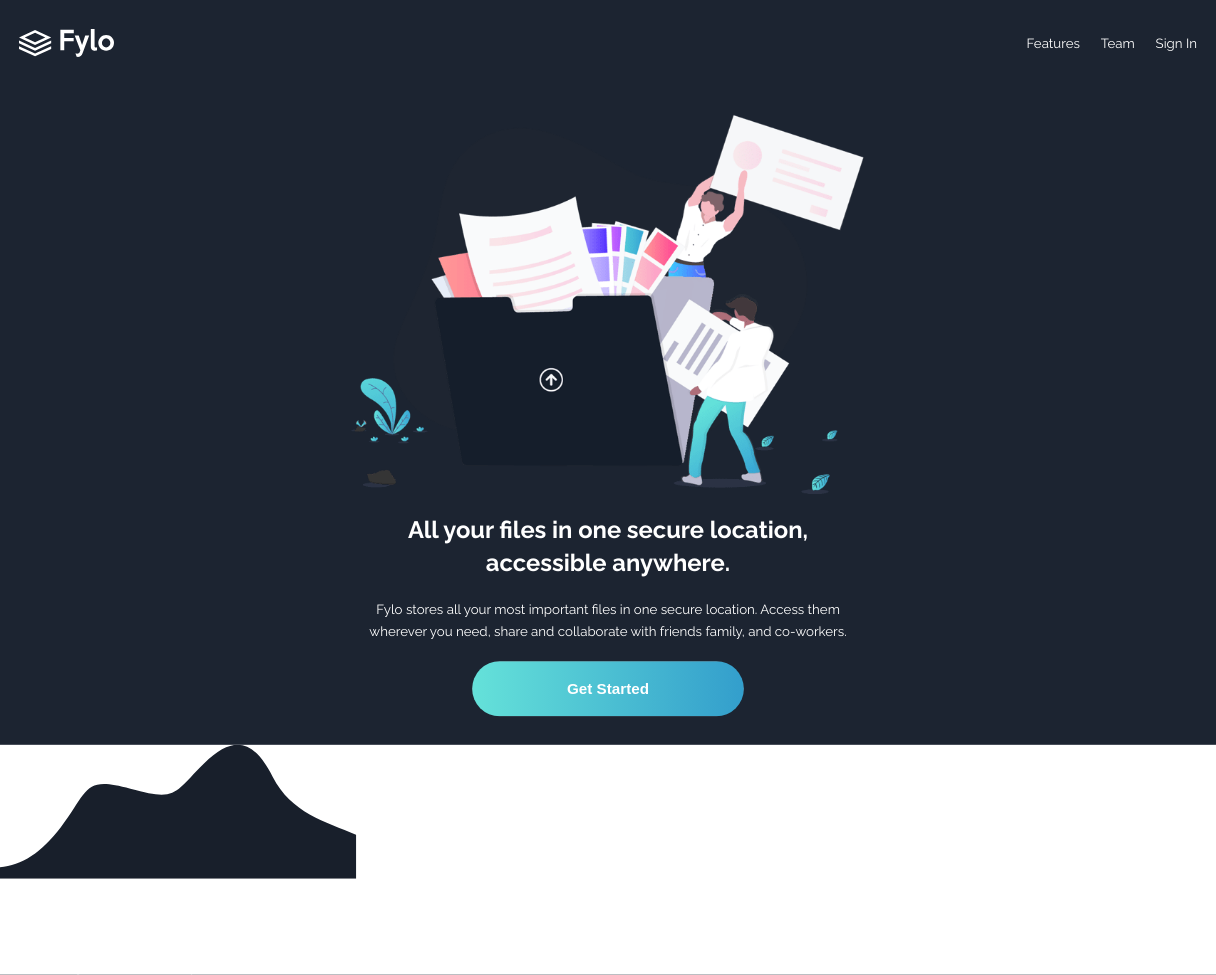
Repository: tomas938/fylo-dark-theme-landing-page-master
Page: index.html
An editor plug-in stored every save of this project. The page is shown before and after the next save, followed by the edit.
The browser window is 1280 px wide. The pictures show the whole page, at 95% of full size.
The style sheet was rebuilt from its Sass, Less or Tailwind sources for each picture, by a compiler version that may differ from the author's.

Above is the page before, as saved 2021-08-05 13:05:08.

### index.html
<!DOCTYPE html>
<html lang="en">
	<head>
		<meta charset="UTF-8" />
		<meta name="viewport" content="width=device-width, initial-scale=1.0" />
		<link
			rel="icon"
			type="image/png"
			sizes="32x32"
			href="./images/favicon-32x32.png"
		/>
		<title>
			Frontend Mentor | Fylo landing page with dark theme and features grid
		</title>
		<link rel="stylesheet" href="/scss/main.css" />
	</head>
	<body>
		<section class="intro">
			<nav class="intro__navigation">
				<img src="/images/logo.svg" alt="" />
				<ul class="intro__navigation__links">
					<li><a href="#">Features</a></li>
					<li><a href="#">Team</a></li>
					<li><a href="#">Sign In</a></li>
				</ul>
			</nav>
			<div class="intro__description">
				<img class="bg-image" src="/images/illustration-intro.png" alt="" />
				<h1>All your files in one secure location, accessible anywhere.</h1>
				<p>
					Fylo stores all your most important files in one secure location.
					Access them wherever you need, share and collaborate with friends
					family, and co-workers.
				</p>
				<button class="blue-rounded">Get Started</button>
			</div>
		</section>
		<svg
			width="375"
			height="141"
			xmlns="http://www.w3.org/2000/svg"
			xmlns:xlink="http://www.w3.org/1999/xlink"
		>
			<defs><path id="a" d="M0 0h375v141H0z" /></defs>
			<g fill="none" fill-rule="evenodd">
				<mask id="b" fill="#fff"><use xlink:href="#a" /></mask>
				<path
					d="M0 128.937c22.708-1.669 44.049-15.69 64.024-42.063 29.962-39.56 23.473-54.118 73.218-40.562 49.746 13.556 45.508 4.677 77.494-26.648 31.985-31.325 52.746-24.157 72.245 13.912 19.499 38.07 55.147 47.264 88.395 61.244 22.165 9.32 22.165 1296.047 0 3860.18H0V128.937z"
					fill="#181F2B"
					mask="url(#b)"
				/>
			</g>
		</svg>
		Access your files, anywhere The ability to use a smartphone, tablet, or
		computer to access your account means your files follow you everywhere.
		Security you can trust 2-factor authentication and user-controlled
		encryption are just a couple of the security features we allow to help
		secure your files. Real-time collaboration Securely share files and folders
		with friends, family and colleagues for live collaboration. No email
		attachments required. Store any type of file Whether you're sharing holidays
		photos or work documents, Fylo has you covered allowing for all file types
		to be securely stored and shared. Stay productive, wherever you are Never
		let location be an issue when accessing your files. Fylo has you covered for
		all of your file storage needs. Securely share files and folders with
		friends, family and colleagues for live collaboration. No email attachments
		required. See how Fylo works Fylo has improved our team productivity by an
		order of magnitude. Since making the switch our team has become a well-oiled
		collaboration machine. Satish Patel Founder & CEO, Huddle Fylo has improved
		our team productivity by an order of magnitude. Since making the switch our
		team has become a well-oiled collaboration machine. Bruce McKenzie Founder &
		CEO, Huddle Fylo has improved our team productivity by an order of
		magnitude. Since making the switch our team has become a well-oiled
		collaboration machine. Iva Boyd Founder & CEO, Huddle Get early access today
		It only takes a minute to sign up and our free starter tier is extremely
		generous. If you have any questions, our support team would be happy to help
		you. Get Started For Free Lorem ipsum dolor sit amet, consectetur adipiscing
		elit, sed do eiusmod tempor incididunt ut labore et dolore magna aliqua
		+1-543-123-4567 example@fylo.com About Us Jobs Press Blog Contact Us Terms
		Privacy

		<footer></footer>
	</body>
</html>

### scss/main.scss
@import "./_partials/variables";
@import "./_partials/_reset";
@import "./_partials/_intro";

### scss/_partials/_variables.scss
// COLORS //

// ### Primary //

$intro-bg: hsl(217, 28%, 15%); // intro email sign up
$main-bg: hsl(218, 28%, 13%);
$footer-bg: hsl(216, 53%, 9%);
$testimonials-bg: hsl(219, 30%, 18%);

// ### Accent //

$cayn: hsl(176, 68%, 64%); //(inside call-to-action gradient)//
$blue: hsl(198, 60%, 50%); //(inside call-to-action gradient)//
$error: hsl(0, 100%, 63%);

// ### Neutral //

$white: hsl(0, 0%, 100%);

// FONTS //

// ### Headings, Call-to-actions, Header Navigation //

@import url("https://fonts.googleapis.com/css2?family=Raleway:wght@400;700&display=swap");

$heading-font: "Raleway", sans-serif;
$heading-light: 400;
$heading-bold: 700;

// ### Body //

@import url("https://fonts.googleapis.com/css2?family=Open+Sans:wght@400;700&family=Raleway:wght@400;700&display=swap");

$body-font: "Open Sans", sans-serif;
$body-light: 400;
$body-bold: 700;

### scss/_partials/_reset.scss
* {
	margin: 0;
	padding: 0;
	box-sizing: border-box;
}
body {
	color: $white;
	font-family: $body-font;
}
html {
	font-size: 62.5%;
	// @media only screen and (max-width: 375px) {
	// 	font-size: 92.5%;
	// }
}
a {
	text-decoration: none;
}
li {
	list-style: none;
}

### scss/_partials/_intro.scss
.intro {
	background-color: $intro-bg;
	font-family: $heading-font;

	&__navigation {
		padding: 3rem 2rem;
		display: flex;
		justify-content: space-between;
	}
	img {
		width: 10rem;
		height: 2.95rem;
	}

	&__navigation__links {
		display: flex;
		align-items: center;
	}
	li:not(:last-child) {
		margin-right: 2.2rem;
	}
	a {
		color: $white;
		font-weight: $heading-light;
		font-size: 1.4rem;
	}
	&__description {
		max-width: 60rem;
		padding: 3rem;
		margin: auto;
		display: flex;
		flex-direction: column;
		align-items: center;
		grid-gap: 2rem;
	}
	.bg-image {
		width: 100%;
		height: 100%;
	}
	h1 {
		font-size: 2.5rem;
		text-align: center;
		line-height: 3.5rem;
	}
	p {
		font-size: 1.4rem;
		line-height: 2.3rem;
		text-align: center;
	}
	.blue-rounded {
		max-width: 30rem;
		font-size: 1.6rem;
		font-weight: $heading-bold;
		border: none;
		outline: none;
		color: $white;
		background-image: linear-gradient(to right, $cayn, $blue);
		padding: 2rem 10rem;
		border-radius: 3rem;
	}
}

After the next save:
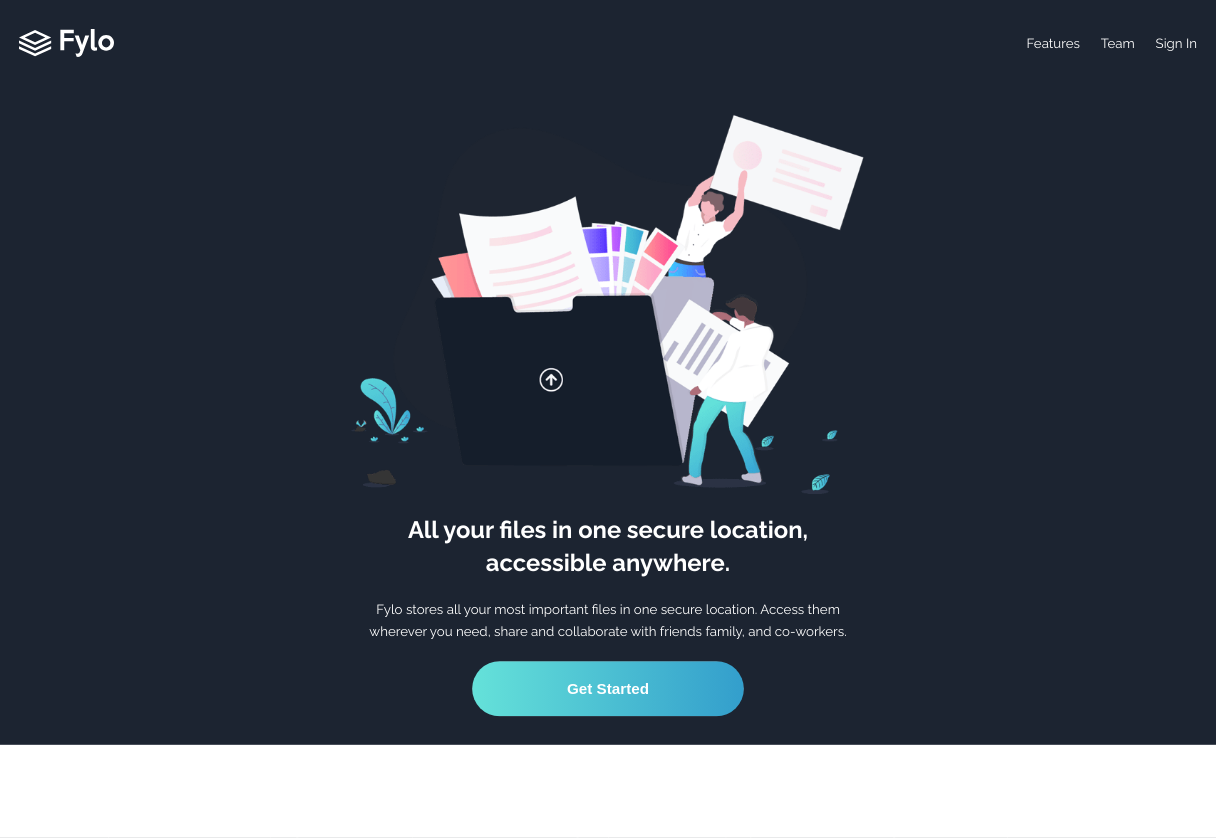
Saved 16 s later.
--- a/index.html
+++ b/index.html
@@ -35,22 +35,7 @@
 				<button class="blue-rounded">Get Started</button>
 			</div>
 		</section>
-		<svg
-			width="375"
-			height="141"
-			xmlns="http://www.w3.org/2000/svg"
-			xmlns:xlink="http://www.w3.org/1999/xlink"
-		>
-			<defs><path id="a" d="M0 0h375v141H0z" /></defs>
-			<g fill="none" fill-rule="evenodd">
-				<mask id="b" fill="#fff"><use xlink:href="#a" /></mask>
-				<path
-					d="M0 128.937c22.708-1.669 44.049-15.69 64.024-42.063 29.962-39.56 23.473-54.118 73.218-40.562 49.746 13.556 45.508 4.677 77.494-26.648 31.985-31.325 52.746-24.157 72.245 13.912 19.499 38.07 55.147 47.264 88.395 61.244 22.165 9.32 22.165 1296.047 0 3860.18H0V128.937z"
-					fill="#181F2B"
-					mask="url(#b)"
-				/>
-			</g>
-		</svg>
+
 		Access your files, anywhere The ability to use a smartphone, tablet, or
 		computer to access your account means your files follow you everywhere.
 		Security you can trust 2-factor authentication and user-controlled
